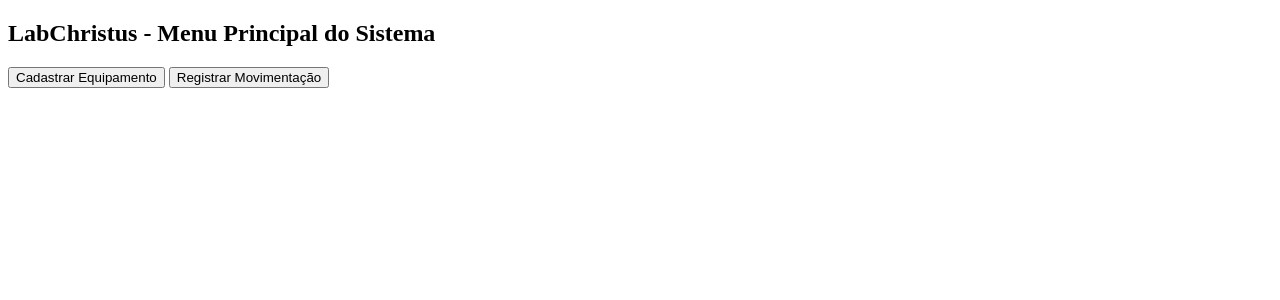
Repository: Glaydson/SobControle
Page: projeto/SobControle/WebContent/confirmacaoEmail.html
These files come from the project's save history. The page is drawn as it stood at one moment and after the next save; the edit follows.
The browser window is 1280 px wide. The pictures show the whole page.

Above is the page before, as saved 2014-09-08 19:05:23.

After the next save:
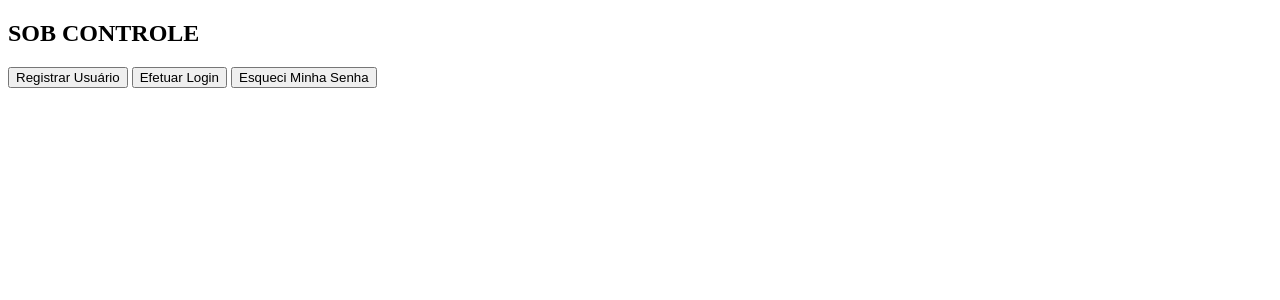
Saved 2 min 0 s later.
--- a/projeto/SobControle/WebContent/confirmacaoEmail.html
+++ b/projeto/SobControle/WebContent/confirmacaoEmail.html
@@ -5,13 +5,13 @@
 <title>SISTEMA SOB CONTROLE</title>
 </head>
 <body>
-<H2>LabChristus - Menu Principal do Sistema</H2>
+	<H2>SOB CONTROLE</H2>
 	<form name="formPrincipal">
-		<button type="submit" formaction="CadastrarEquipamento">Cadastrar
-			Equipamento</button>
-		<button type="submit"
-			formaction="movimentacao/iniciarMovimentacaoEquipamento.html">Registrar
-			Movimentação</button>
+		<button type="submit" formaction="registrarUsuario">Registrar
+			Usuário</button>
+		<button type="submit" formaction="efetuarLogin">Efetuar Login</button>
+		<button type="submit" formaction="esqueciSenha">Esqueci Minha
+			Senha</button>
 	</form>
 </body>
 </html>
